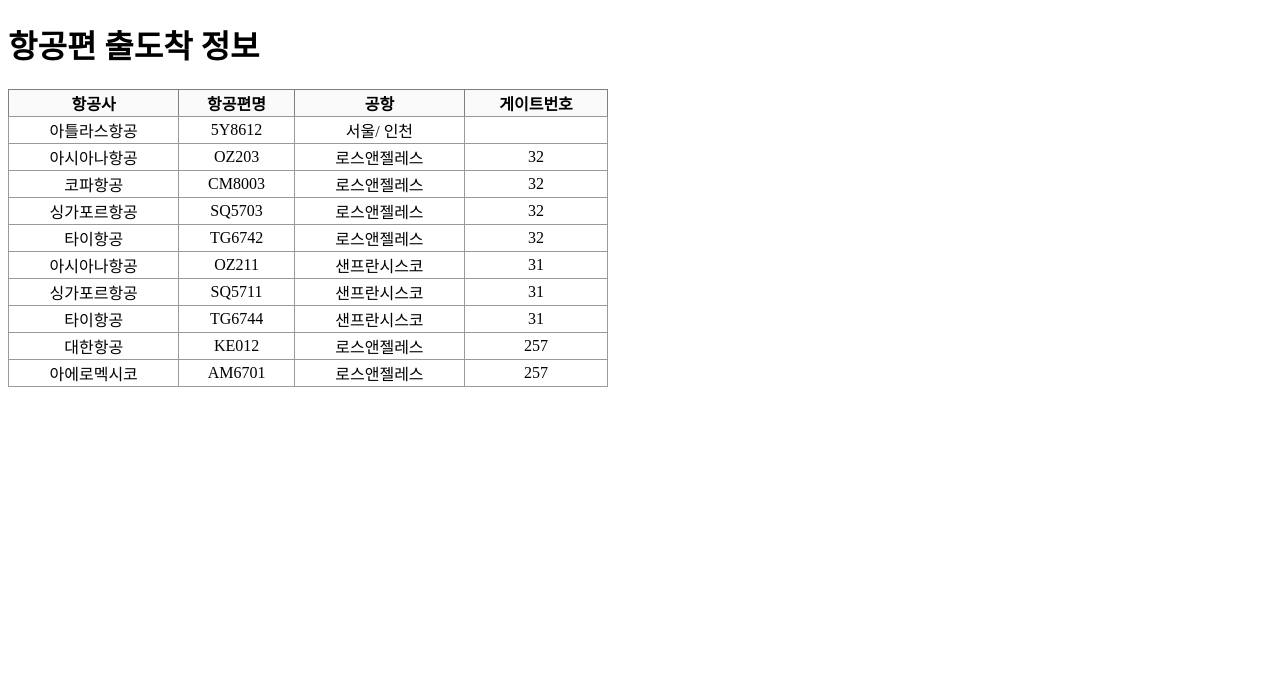
Repository: iamlydiaaaa/OpenAPI_test
Page: http://localhost/weather/liblist.jsp
The author's editor kept a copy of each file at every save. The page is drawn from the files as they stood at one save, then again after the next save.
The browser window is 1280 px wide. The pictures show the whole page.
The page is served by Tomcat 9. Other server files are loaded and not shown.

Above is the page before, as saved 2022-10-11 07:26:53.

### weather/src/main/webapp/liblist.jsp
<%@ page language="java" contentType="text/html; charset=UTF-8"
    pageEncoding="UTF-8"%>
<!DOCTYPE html>
<html>
<head>
<meta charset="UTF-8">
<title>항공편 출도착 정보 - liblist</title>
<script type="text/javascript" src="./js/jquery-3.6.1.js"></script>
<script type="text/javascript" src="./js/lib01.js"></script>
<style>
	.flight_table{border-collapse: collapse; text-align: center; width: 600px}
	.flight_table thead{background-color: #fafafa}
	.flight_table tbody{}
	.flight_table tr{}
	.flight_table td{border: 1px solid #999; border-collapse: collapse;}
</style>
</head>
<body>
<h1>항공편 출도착 정보</h1>
	<table border="1" class="flight_table">
		<thead>

		</thead>
		<tbody>

		</tbody>
	</table>
</body>
</html>

### weather/src/main/webapp/js/lib01.js
$(function(){
	getJson();
});

//json데이터 읽어오는 함수
function getJson(){
	//lib.json에서 데이터 가져옴->function(data)로 처리->data에 저장
	$.getJSON("json/lib.json",function(data){
		$.each(data,function(key,val){
				if(key=="DESC"){
					$("table").attr("border","1");
					$("thead").append(
						"<tr>"+
						"<th>" + val.airline + "</th>" +
						"<th>" + val.flightId + "</th>" +
						"<th>" + val.airport + "</th>" +
						"<th>" + val.gatenumber + "</th>" +

						"</tr>"
					)
				} else{
				var list = val;
				for(var i = 0; i<list.length; i++){
					var str = list[i];
					$("tbody").append(
						"<tr>"+
						"<td>" + str.airline + "</td>" +
						"<td>" + str.flightId + "</td>" +
						"<td>" + str.airport + "</td>" +
						"<td>" + str.gatenumber + "</td>" +
						"</tr>"
					)
				}
			}
		});
	});
}

### weather/src/main/webapp/json/lib.json
 {
	"DESC" : {
		"airline": "항공사",
            "flightId": "항공편명",
            "scheduleDateTime": "출발시각",
            "estimatedDateTime": "도착시각",
            "airport": "공항",
            "gatenumber": "게이트번호",
            "carousel": "수하물",
            "exitnumber": "출구",
            "remark": "도착",
            "airportCode": "공항코드",
            "yoil": null,
            "himidity": null,
            "wind": null,
            "temp": null,
            "senstemp": null,
            "wimage": null,
            "terminalid": "C02"
	},
    "items": [
        {
            "airline": "아틀라스항공",
            "flightId": "5Y8612",
            "scheduleDateTime": "0100",
            "estimatedDateTime": "0058",
            "airport": "서울/ 인천",
            "gatenumber": "",
            "carousel": "",
            "exitnumber": "",
            "remark": "도착",
            "airportCode": "ICN",
            "yoil": null,
            "himidity": null,
            "wind": null,
            "temp": null,
            "senstemp": null,
            "wimage": null,
            "terminalid": "C02"
        }, {
            "airline": "아시아나항공",
            "flightId": "OZ203",
            "scheduleDateTime": "0400",
            "estimatedDateTime": "0341",
            "airport": "로스앤젤레스",
            "gatenumber": "32",
            "carousel": "18",
            "exitnumber": "E",
            "remark": "도착",
            "airportCode": "LAX",
            "yoil": "화",
            "himidity": "87",
            "wind": "0.0",
            "temp": "18.3",
            "senstemp": "18.3",
            "wimage": "https://odp.airport.kr/apiPortal/weather_icon/icon02",
            "terminalid": "P01"
        }, {
            "airline": "코파항공",
            "flightId": "CM8003",
            "scheduleDateTime": "0400",
            "estimatedDateTime": "0341",
            "airport": "로스앤젤레스",
            "gatenumber": "32",
            "carousel": "18",
            "exitnumber": "E",
            "remark": "도착",
            "airportCode": "LAX",
            "yoil": "화",
            "himidity": "87",
            "wind": "0.0",
            "temp": "18.3",
            "senstemp": "18.3",
            "wimage": "https://odp.airport.kr/apiPortal/weather_icon/icon02",
            "terminalid": "P01"
        }, {
            "airline": "싱가포르항공",
            "flightId": "SQ5703",
            "scheduleDateTime": "0400",
            "estimatedDateTime": "0341",
            "airport": "로스앤젤레스",
            "gatenumber": "32",
            "carousel": "18",
            "exitnumber": "E",
            "remark": "도착",
            "airportCode": "LAX",
            "yoil": "화",
            "himidity": "87",
            "wind": "0.0",
            "temp": "18.3",
            "senstemp": "18.3",
            "wimage": "https://odp.airport.kr/apiPortal/weather_icon/icon02",
            "terminalid": "P01"
        }, {
            "airline": "타이항공",
            "flightId": "TG6742",
            "scheduleDateTime": "0400",
            "estimatedDateTime": "0341",
            "airport": "로스앤젤레스",
            "gatenumber": "32",
            "carousel": "18",
            "exitnumber": "E",
            "remark": "도착",
            "airportCode": "LAX",
            "yoil": "화",
            "himidity": "87",
            "wind": "0.0",
            "temp": "18.3",
            "senstemp": "18.3",
            "wimage": "https://odp.airport.kr/apiPortal/weather_icon/icon02",
            "terminalid": "P01"
        }, {
            "airline": "아시아나항공",
            "flightId": "OZ211",
            "scheduleDateTime": "0400",
            "estimatedDateTime": "0354",
            "airport": "샌프란시스코",
            "gatenumber": "31",
            "carousel": "17",
            "exitnumber": "E",
            "remark": "도착",
            "airportCode": "SFO",
            "yoil": "화",
            "himidity": "93",
            "wind": "4.6",
            "temp": "12.8",
            "senstemp": "11.2",
            "wimage": "https://odp.airport.kr/apiPortal/weather_icon/icon02",
            "terminalid": "P01"
        }, {
            "airline": "싱가포르항공",
            "flightId": "SQ5711",
            "scheduleDateTime": "0400",
            "estimatedDateTime": "0354",
            "airport": "샌프란시스코",
            "gatenumber": "31",
            "carousel": "17",
            "exitnumber": "E",
            "remark": "도착",
            "airportCode": "SFO",
            "yoil": "화",
            "himidity": "93",
            "wind": "4.6",
            "temp": "12.8",
            "senstemp": "11.2",
            "wimage": "https://odp.airport.kr/apiPortal/weather_icon/icon02",
            "terminalid": "P01"
        }, {
            "airline": "타이항공",
            "flightId": "TG6744",
            "scheduleDateTime": "0400",
            "estimatedDateTime": "0354",
            "airport": "샌프란시스코",
            "gatenumber": "31",
            "carousel": "17",
            "exitnumber": "E",
            "remark": "도착",
            "airportCode": "SFO",
            "yoil": "화",
            "himidity": "93",
            "wind": "4.6",
            "temp": "12.8",
            "senstemp": "11.2",
            "wimage": "https://odp.airport.kr/apiPortal/weather_icon/icon02",
            "terminalid": "P01"
        }, {
            "airline": "대한항공",
            "flightId": "KE012",
            "scheduleDateTime": "0450",
            "estimatedDateTime": "0411",
            "airport": "로스앤젤레스",
            "gatenumber": "257",
            "carousel": "8",
            "exitnumber": "B",
            "remark": "도착",
            "airportCode": "LAX",
            "yoil": "화",
            "himidity": "87",
            "wind": "0.0",
            "temp": "18.3",
            "senstemp": "18.3",
            "wimage": "https://odp.airport.kr/apiPortal/weather_icon/icon02",
            "terminalid": "P03"
        }, {
            "airline": "아에로멕시코",
            "flightId": "AM6701",
            "scheduleDateTime": "0450",
            "estimatedDateTime": "0411",
            "airport": "로스앤젤레스",
            "gatenumber": "257",
            "carousel": "8",
            "exitnumber": "B",
            "remark": "도착",
            "airportCode": "LAX",
            "yoil": "화",
            "himidity": "87",
            "wind": "0.0",
            "temp": "18.3",
            "senstemp": "18.3",
            "wimage": "https://odp.airport.kr/apiPortal/weather_icon/icon02",
            "terminalid": "P03"
        }]
}

Loaded but not shown: weather/src/main/webapp/js/jquery-3.6.1.js (library)

After the next save:
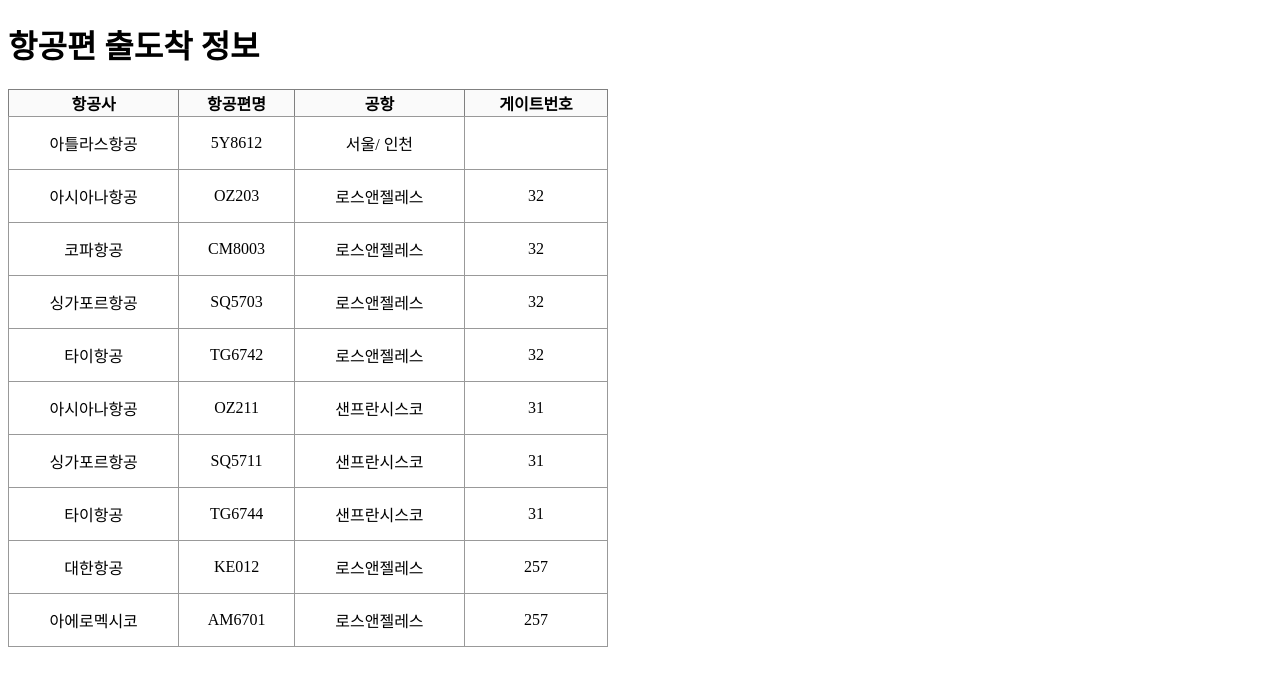
Saved 25 s later.
--- a/weather/src/main/webapp/liblist.jsp
+++ b/weather/src/main/webapp/liblist.jsp
@@ -12,7 +12,7 @@
 	.flight_table thead{background-color: #fafafa}
 	.flight_table tbody{}
 	.flight_table tr{}
-	.flight_table td{border: 1px solid #999; border-collapse: collapse;}
+	.flight_table td{border: 1px solid #999; border-collapse: collapse; height: 50px}
 </style>
 </head>
 <body>

After the save that followed:
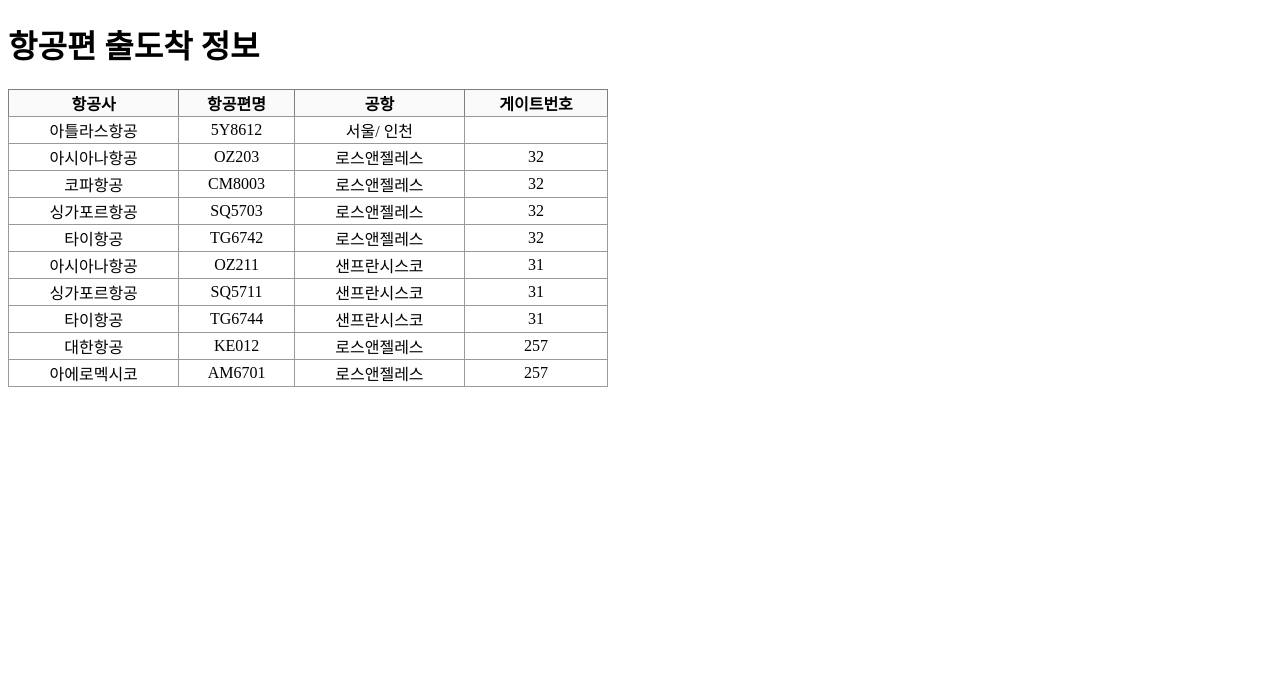
Saved 14 s later.
--- a/weather/src/main/webapp/liblist.jsp
+++ b/weather/src/main/webapp/liblist.jsp
@@ -12,7 +12,7 @@
 	.flight_table thead{background-color: #fafafa}
 	.flight_table tbody{}
 	.flight_table tr{}
-	.flight_table td{border: 1px solid #999; border-collapse: collapse; height: 50px}
+	.flight_table td{border: 1px solid #999; border-collapse: collapse;}
 </style>
 </head>
 <body>
